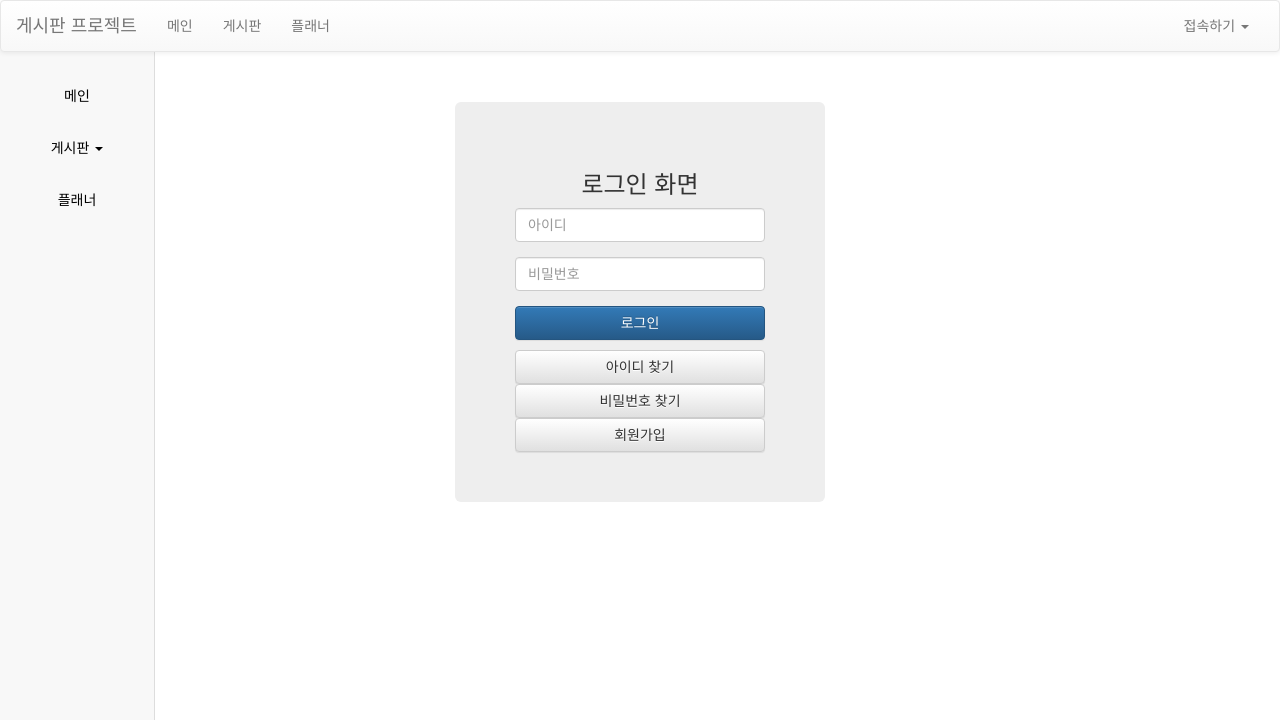
Repository: Seok7975/Project_PlannerSharingBoard
Page: http://localhost/ToDoList공유_게시판_ver3/id/login.jsp
The author's editor kept a copy of each file at every save. The page is drawn from the files as they stood at one save, then again after the next save.
The browser window is 1280 px wide. The pictures show the whole page.
Some web libraries are served in a nearby version. The page is served by Tomcat 9. Other server files are loaded and not shown.

Above is the page before, as saved 2024-07-05 06:13:47.

### List_Projects_ver3/ToDoList공유 게시판_ver3/src/main/webapp/id/login.jsp
<%-- <!-- 로그인 페이지 -->

<%@ page language="java" contentType="text/html; charset=UTF-8"
    pageEncoding="UTF-8"%>
<!DOCTYPE html>
<html>
<head>
<meta http-equiv="Content-Type" content="text/html; charset=UTF-8">
<meta name="viewport" content="width=device-width, initial-scale=1"> <!-- 컴퓨터 핸드폰 등 기기에 맞게 변경되게 -->
<link rel="stylesheet" href="css/styles.css">
<title>JSP 게시판 웹 사이트</title>
</head>
<body>
	<nav class="navbar">
		<a class="navbar-brand" href="main.jsp">게시판 프로젝트</a>
		<ul class="navbar-nav">
			<li><a href="main.jsp">메인</a></li>
			<li><a href="bbs.jsp">게시판</a></li>
			<li class="dropdown">
				<a href="#" class="dropdown-toggle">접속하기</a>
        		<ul class="dropdown-menu">
          			<li class="active"><a href="login.jsp">로그인</a></li> <!-- active : 현재 선택되어있음 -->
          			<li><a href="join.jsp">회원가입</a></li>
       			</ul>
      		</li>
    	</ul>
	</nav>
	<div class="container">
		<div class="jumbotron">
			<form method="post" action="loginAction.jsp">
        	<h3>로그인 화면</h3>
	        	<div class="form-group">
				<input type="text" class="form-control" placeholder="아이디" name="userID" maxlength="20">
	        	</div>
	        	<div class="form-group">
	 				<input type="password" class="form-control" placeholder="비밀번호" name="userPassword" maxlength="20">
	       		</div>
	        	<input type="submit" class="btn btn-primary" value="로그인">
      		</form>
    	</div>
	</div>
</body>
</html> --%>

<%-- <%@ page language="java" contentType="text/html; charset=UTF-8"
    pageEncoding="UTF-8"%>
<!DOCTYPE html>
<html>
<head>
<meta charset="UTF-8">
<meta name="viewport" content="width=device-width", initial-scale="1">
	<!-- viewport=화면상의 표시영역, content=모바일 장치들에 맞게 크기조정, initial=초기화면 배율 설정 -->

<link rel="stylesheet" href="css/bootstrap.css">
	<!-- 스타일시트로 css폴더의 bootstrap.css파일 사용 -->

<title>게시판!!</title>
</head>
<body style= "background-color : lightblue;">


	<nav class="navbar navbar-inverse"> <!-- navbar-색상(inverse = 검은색, default = 색x) -->
		<div class="navbar-header">
			<button type="button" class="navbar-toggle collapsed"
			data-toggle="collapse" data-target="#bs-example-navbar-collapse-1"
			aria-expanded="false">
				<!-- class="navbar-toggle collapsed"=>네비게이션의 화면 출력유무
				data-toggle="collapse" : 모바일 상태에서 클릭하면서 메뉴가 나오게 설정 -->

				<span class="icon-bar"></span>
				<span class="icon-bar"></span>
				<span class="icon-bar"></span>
					<!-- 아이콘 이미지 -->

			</button>

			<a class="navbar-brand" href="main.jsp">JSP 게시판</a>
				<!-- Bootstrap navbar 기본 메뉴바 -->
		</div>

		<div class="collapse navbar-collapse" id="bs-example-navbar-collapse-1">
			<ul class="nav navbar-nav"> <!-- navbar-nav => 네비게이션 바의 메뉴 -->
				<li><a href="main.jsp">메뉴</a></li>
				<li><a href="bbs.jsp">게시판</a></li>
				<!-- 메뉴, 게시판의 main.jsp와 bbs.jsp의 파일로 각각 이동 -->
			</ul>
			<ul class="nav navbar-nav navbar-right">
				<li class="dropdown">
					<a href="#" class="dropdown-toggle"
						data-toggle="dropdown" role="button" aria-haspopup="true"
						aria-expanded="false">접속하기<span class="caret"></span></a>
						<!-- 임시의 주소링<%=  %>크 "#"을 기재한다. -->
						<!-- caret = creates a caret arrow icon (▼) -->
						w
						<ul class="dropdown-menu">
							<!-- dropdown-menu : 버튼을 눌렀을때, 생성되는 메뉴(접속하기를 눌렀을때 로그인, 회원가입 메뉴 -->

							<li class="active"><a href="login.jsp">로그인</a></li>
							<!-- active = 활성화 되었을때 로그인, 회원가입-->

							<li><a href="join.jsp">회원가입</a></li>

						</ul>
					</li>
			</ul>
		</div>
	</nav>
	<div class="container">
		<!-- 전체 레이아웃 감싸주기 -->

		<div class="col-lg-4"></div>
		<div class="col-lg-4">
			<div class="jumbotron" style="padding-top: 20px;">
				<!-- jumbotron indicates a big box(큰 상자) -->

				<form method="post" action="loginAction.jsp">
				<img alt="그림 없음" src="Circle.png">
					<h2 style="text-align : center;">로그인 화면</h2>
					<div class="form-group">
						<input type="text" class="form-control" placeholder="아이디" name="userID"
							maxlength="20">
					</div>
					<div class="form-group">
						<input type="password" class="form-control" placeholder="비밀번호" name="userPassword"
							maxlength="20">
					</div>
					<input type="submit" class="btn btn-primary form-control" value="로그인">
					<img src="JJWORLD.png">
				</form>
		</div>
	</div>
	<script src="https://code.jquery.com/jquery-3.1.1.min.js"></script>
	<script src="js/bootstrap.js"></script>

</body>
</html> --%>


<%-- <%@ page language="java" contentType="text/html; charset=UTF-8"
    pageEncoding="UTF-8"%>
<!DOCTYPE html>
<html>
<head>
<meta http-equiv="Content-Type" content="text/html; charset=UTF-8">
<meta name="viewport" content="width=device-width, initial-scale=1"> <!-- 컴퓨터 핸드폰 등 기기에 맞게 변경되게 -->
<!-- <link rel="stylesheet" href="css/bootstrap.css"> -->
<!-- Latest compiled and minified CSS -->
<link rel="stylesheet" href="https://cdn.jsdelivr.net/npm/bootstrap@3.3.7/dist/css/bootstrap.min.css" integrity="sha384-BVYiiSIFeK1dGmJRAkycuHAHRg32OmUcww7on3RYdg4Va+PmSTsz/K68vbdEjh4u" crossorigin="anonymous">

<!-- Optional theme -->
<link rel="stylesheet" href="https://cdn.jsdelivr.net/npm/bootstrap@3.3.7/dist/css/bootstrap-theme.min.css" integrity="sha384-rHyoN1iRsVXV4nD0JutlnGaslCJuC7uwjduW9SVrLvRYooPp2bWYgmgJQIXwl/Sp" crossorigin="anonymous">

<!-- jQuery (necessary for Bootstrap's JavaScript plugins) -->
<script src="https://code.jquery.com/jquery-3.1.1.min.js" integrity="sha384-5sAR7xN1Nv6B4z2p6bJp6t4q2Z5y5Q4h1r5k5R5k5R5k5R5k5R5k5R5k5R5k5R5k5R5k5R5k5R5k5R5k5R5k5R5k5R5k5R5k5R5k5R5k5R5k5" crossorigin="anonymous"></script>

<!-- Latest compiled and minified JavaScript -->
<script src="https://cdn.jsdelivr.net/npm/bootstrap@3.3.7/dist/js/bootstrap.min.js" integrity="sha384-Tc5IQib027qvyjSMfHjOMaLkfuWVxZxUPnCJA7l2mCWNIpG9mGCD8wGNIcPD7Txa" crossorigin="anonymous"></script>

<title>JSP 게시판 웹 사이트</title>
</head>
<body>
	<nav class="navbar navbar-default">
		<div class="navbar-header">
			<button type="button" class="navbar-toggle collapsed"
				data-toggle="collapse" data-target="#bs-example-navbar-collapse-1"
				aria-expanded="false">
				<span class="icon-bar"></span>
				<span class="icon-bar"></span>
				<span class="icon-bar"></span>
			</button>
			<a class="navbar-brand" href="main.jsp">게시판 프로젝트</a>
		</div>
		<div class="collapse navbar-collapse" id="bs-example-navbar-collapse-1">
			<ul class="nav navbar-nav">
				<li><a href="main.jsp">메인</a></li>
				<li><a href="bbs.jsp">게시판</a></li>
			</ul>
			<ul class="nav navbar-nav navbar-right">
				<li class="dropdown">
					<a href="#" class="dropdown-toggle"
						data-toggle="dropdown" role="button" aria-haspopup="true"
						aria-expanded="false">접속하기<span class="caret"></span></a>
					<ul class="dropdown-menu">
						<li class="active"><a href="login.jsp">로그인</a></li> <!-- active : 현재 선택되어있음 -->
						<li><a href="join.jsp">회원가입</a></li>
					</ul>
				</li>
			</ul>
		</div>
	</nav>
	<div class="container">
		<div class="col-lg-4"></div>
		<div class="col-lg-4">
			<div class="jumbotron" style="padding-top: 20px;">
				<form method="post" action="loginAction.jsp">
					<h3 style="text-align: center;">로그인 화면</h3>
					<div class="form-group">
						<input type="text" class="form-control" placeholder="아이디" name="userID" maxlength="20">
					</div>
					<div class="form-group">
						<input type="password" class="form-control" placeholder="비밀번호" name="userPassword" maxlength="20">
					</div>
					<input type="submit" class="btn btn-primary form-control" value="로그인">
				</form>
			</div>
		</div>
		<div class="col-lg-4"></div>
	</div>
<!-- 	<script src="https://code.jquery.com/jquery-3.1.1.min.js"></script>
	<script src="js/bootstrap.js"></script> -->
</body>
</html>


 --%>

<%@ page language="java" contentType="text/html; charset=UTF-8"
    pageEncoding="UTF-8"%>
<!DOCTYPE html>
<html>
<head>
<meta http-equiv="Content-Type" content="text/html; charset=UTF-8">
<meta name="viewport" content="width=device-width, initial-scale=1">
<!-- Latest compiled and minified CSS -->
<link rel="stylesheet" href="https://cdn.jsdelivr.net/npm/bootstrap@3.3.7/dist/css/bootstrap.min.css" integrity="sha384-BVYiiSIFeK1dGmJRAkycuHAHRg32OmUcww7on3RYdg4Va+PmSTsz/K68vbdEjh4u" crossorigin="anonymous">
<!-- Optional theme -->
<link rel="stylesheet" href="https://cdn.jsdelivr.net/npm/bootstrap@3.3.7/dist/css/bootstrap-theme.min.css" integrity="sha384-rHyoN1iRsVXV4nD0JutlnGaslCJuC7uwjduW9SVrLvRYooPp2bWYgmgJQIXwl/Sp" crossorigin="anonymous">

<link rel="stylesheet" href="../css/idStyle.css"> <!-- 외부 CSS 파일 참조 -->
<!-- jQuery (necessary for Bootstrap's JavaScript plugins) -->
<script src="https://code.jquery.com/jquery-3.1.1.min.js"></script>
<!-- Latest compiled and minified JavaScript -->
<script src="https://cdn.jsdelivr.net/npm/bootstrap@3.3.7/dist/js/bootstrap.min.js" integrity="sha384-Tc5IQib027qvyjSMfHjOMaLkfuWVxZxUPnCJA7l2mCWNIpG9mGCD8wGNIcPD7Txa" crossorigin="anonymous"></script>
<!-- <link rel="stylesheet" href="css/jumbotronCustom.css"> -->
<title>JSP 게시판 웹 사이트</title>
<style>
    .login-container {
        max-width: 400px;

        margin: 50px auto;
    }

    .jumbotron {
        padding: 50px;
        text-align: center;
    }

    .form-group {
        margin-bottom: 15px;
    }
</style>
<script>
$(document).ready(function() {
    function toggleSidebar() {
        if ($(window).width() > 768) {
            $('.sidebar').addClass('show');
            $('.main-content').removeClass('expanded');
        } else {
            $('.sidebar').removeClass('show');
            $('.main-content').addClass('expanded');
        }
    }

    // 초기 로드 시 사이드바 상태 설정
    toggleSidebar();

    // 창 크기가 변경될 때마다 사이드바 상태 업데이트
    $(window).resize(function() {
        toggleSidebar();
    });

    // 사이드바 토글 버튼 (필요한 경우)
    $('.navbar-toggle').click(function() {
        $('.sidebar').toggleClass('show');
        if ($('.sidebar').hasClass('show')) {
            $('.main-content').removeClass('expanded');
        } else {
            $('.main-content').addClass('expanded');
        }
    });
});
</script>
</head>
<body>
     <div class="sidebar">
        <a href="../main.jsp" style="text-align: center;" >메인</a>
        <div class="dropdown">
            <a href="../bbs.jsp?bbsCategory=all" style="text-align: center;" >게시판 <span class="caret"></span></a>
            <ul class="dropdown-menu">
                <li><a href="../bbs.jsp?bbsCategory=all" style="text-align: center;">전체글보기</a></li>
                <li><a href="../bbs.jsp?bbsCategory=free" style="text-align: center;">자유게시판</a></li>
                <li><a href="../bbs.jsp?bbsCategory=study" style="text-align: center;">공부게시판</a></li>
                <li><a href="../bbs.jsp?bbsCategory=exercise" style="text-align: center;">운동게시판</a></li>
            </ul>
        </div>
        <a href="planner/planner.jsp" style="text-align: center;">플래너</a>
    </div>
	<nav class="navbar navbar-default">
		<div class="container-fluid">
			<div class="navbar-header">
				<button type="button" class="navbar-toggle collapsed" data-toggle="collapse" data-target="#bs-example-navbar-collapse-1" aria-expanded="false">
					<span class="sr-only">Toggle navigation</span>
					<span class="icon-bar"></span>
					<span class="icon-bar"></span>
					<span class="icon-bar"></span>
				</button>
				<a class="navbar-brand" href="../main.jsp">게시판 프로젝트</a>
			</div>
			<div class="collapse navbar-collapse" id="bs-example-navbar-collapse-1">
				<ul class="nav navbar-nav">
					<li><a href="../main.jsp">메인</a></li>
					<li><a href="../bbs.jsp">게시판</a></li>
					<li><a href="../planner/planner.jsp">플래너</a></li>
				</ul>
				<ul class="nav navbar-nav navbar-right">
					<li class="dropdown">
						<a href="#" class="dropdown-toggle" data-toggle="dropdown" role="button" aria-haspopup="true" aria-expanded="false">접속하기 <span class="caret"></span></a>
						<ul class="dropdown-menu">
							<li class="active"><a href="login.jsp">로그인</a></li>
							<li><a href="join.jsp">회원가입</a></li>
<!-- 							<li><a href="findID.jsp">아이디 찾기</a></li>
							<li><a href="findPassword.jsp">비밀번호 찾기</a></li> -->
						</ul>
					</li>
				</ul>
			</div>
		</div>
	</nav>
	<div class="container login-container">
		<div class="jumbotron">
			<form method="post" action="loginAction.jsp">
				<h3 style="text-align: center;">로그인 화면</h3>
				<div class="form-group">
					<input type="text" class="form-control" placeholder="아이디" name="userID" maxlength="20">
				</div>
				<div class="form-group">
					<input type="password" class="form-control" placeholder="비밀번호" name="userPassword" maxlength="20">
				</div>
				<div>
					<input type="submit" class="btn btn-primary form-control" value="로그인">
				</div>
			</form>
			<div style="margin-top: 10px;">
				<a href="findId.jsp" class="btn btn-default form-control">아이디 찾기</a>
				<a href="findPassword.jsp" class="btn btn-default form-control">비밀번호 찾기</a>
				<a href="join.jsp" class="btn btn-default form-control">회원가입</a>
			</div>
		</div>
	</div>
</body>
</html>

### List_Projects_ver3/ToDoList공유 게시판_ver3/src/main/webapp/css/idStyle.css
@charset "UTF-8";

/* 네비게이션 바를 상단에 고정 */
.navbar-fixed-top {
    position: fixed;
    top: 0;
    width: 100%;
    z-index: 1000;
}

/* 왼쪽 사이드바 스타일 */
.sidebar {
    position: fixed;
    top: 50px; /* 네비게이션 바 높이만큼 아래로 내림 */
    left: 0;
    width: 155px;
    height: calc(100% - 50px); /* 네비게이션 바 높이만큼 줄임 */
    background-color: #f8f8f8;
    padding-top: 20px;
    border-right: 1px solid #ddd;
    transition: width 0.3s ease, opacity 0.3s ease; /* 사이드바 너비와 투명도 변화 애니메이션 */
    /* overflow: hidden; */
}

/* 작은 화면에서 사이드바 숨기기 */
@media (max-width: 768px) {
    .sidebar {
        left: -250px;
    }
}

/* 사이드바가 보일 때 클래스 */
.sidebar.show {
    left: 0;
}

/* 메인 콘텐츠 스타일 */
.main-content {
    margin-left: 155px; /* 기본 사이드바 너비만큼 마진 */
    transition: margin-left 0.3s;
}

/* 작은 화면에서 메인 콘텐츠 마진 조정 */
@media (max-width: 768px) {
    .main-content {
        margin-left: 0;
    }
}

.sidebar a {
    display: block;
    color: black;
    padding: 16px;
    text-decoration: none;
}

.sidebar a:hover {
    background-color: #ddd;
    color: black;
}

.sidebar .dropdown-menu {
    display: none;
    position: static;
    float: none;
    background-color: #f8f8f8;
    border: none;
    box-shadow: none;
}

.sidebar .dropdown:hover .dropdown-menu {
    display: block;
    animation: slideDown 0.3s ease-in-out; /* 슬라이딩 애니메이션 추가 */
}

/* 사이드바가 사라질 때의 스타일 */
.sidebar.hidden {
    width: 0;
    opacity: 0;
    overflow: hidden;
}

/* 메인 콘텐츠가 확장될 때의 스타일 */
.main-content.expanded {
    margin-left: 0;
}

@keyframes slideDown {
    0% {
        opacity: 0;
        transform: translateY(-10px);
    }
    100% {
        opacity: 1;
        transform: translateY(0);
    }
}

/* 드롭다운 메뉴가 커서를 가져다 대기만 해도 열리도록 설정 */
.navbar-nav > li.dropdown:hover > .dropdown-menu {
    display: block;
    animation: slideDown 0.3s ease-in-out; /* 슬라이딩 애니메이션 추가 */
}

.category-title {
    font-size: 24px; /* 텍스트 크기 */
    font-weight: bold; /* 텍스트 굵기 */
    margin-bottom: 20px; /* 아래쪽 여백 */
    /* text-align: center; */ /* 가운데 정렬 */
    /* color: #333; */ /* 텍스트 색상 */
}

a, a:hover {
    color: #000000;
    text-decoration: none;
}

    .login-container {
        max-width: 400px;
        margin: 50px auto;
    }

After the next save:
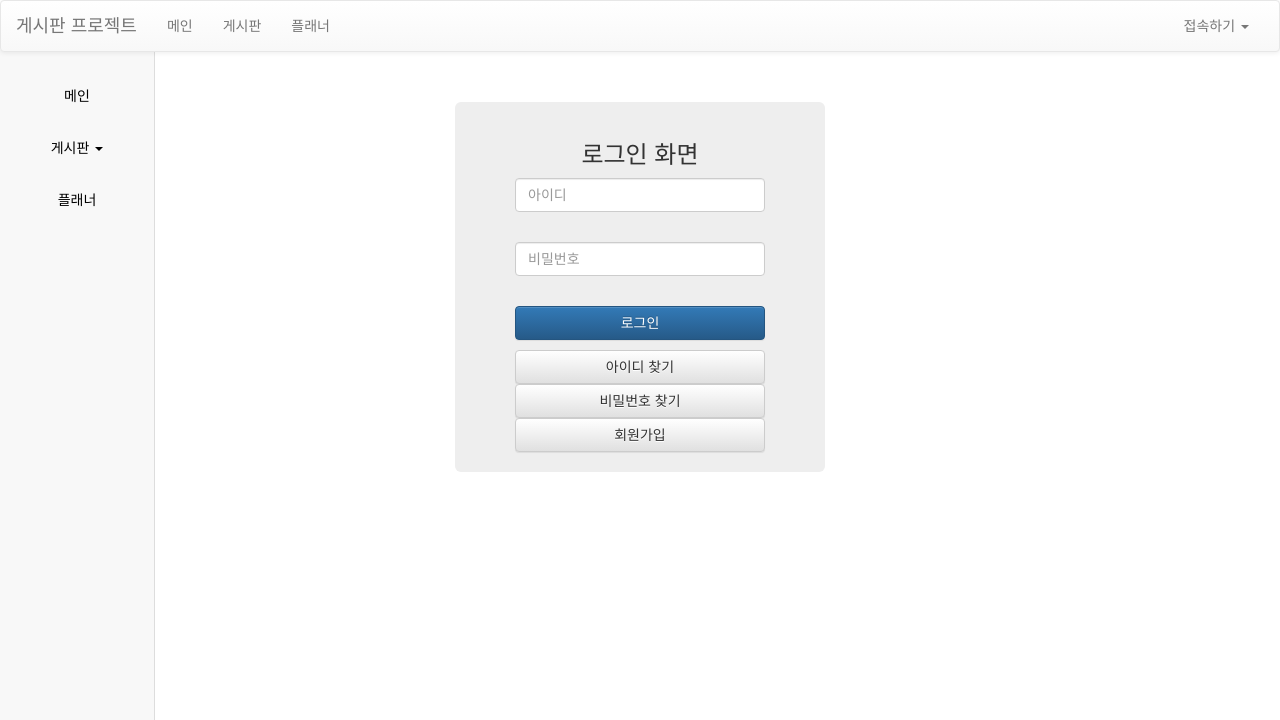
Saved 15 s later.
--- a/List_Projects_ver3/ToDoList공유 게시판_ver3/src/main/webapp/id/login.jsp
+++ b/List_Projects_ver3/ToDoList공유 게시판_ver3/src/main/webapp/id/login.jsp
@@ -241,12 +241,12 @@
     }
 
     .jumbotron {
-        padding: 50px;
+        padding: 20px;
         text-align: center;
     }
 
     .form-group {
-        margin-bottom: 15px;
+        margin-bottom: 30px;
     }
 </style>
 <script>
